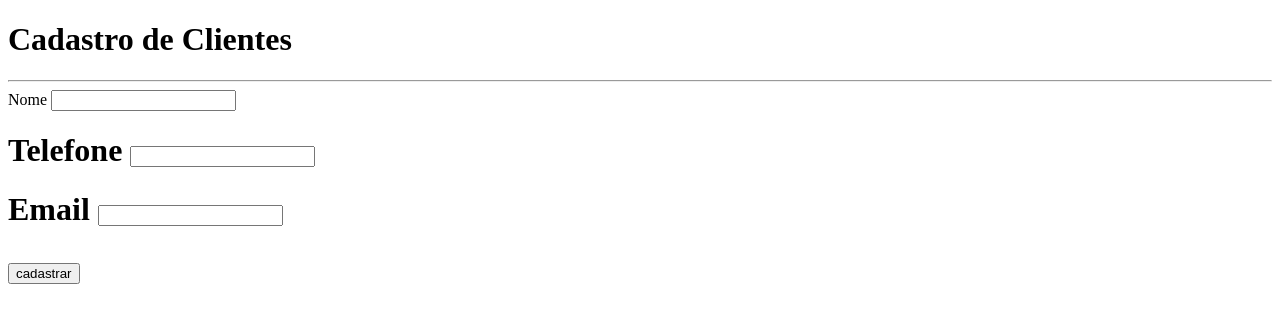
Repository: patriciatob10/AulaJavaPaty
Page: JavaWeb/empresa/perfumariaweb/src/main/webapp/frmCadClientes.html
The author's editor kept a copy of each file at every save. The page is drawn from the files as they stood at one save, then again after the next save.
The browser window is 1280 px wide. The pictures show the whole page.

Above is the page before, as saved 2023-05-19 00:18:42.

### JavaWeb/empresa/perfumariaweb/src/main/webapp/frmCadClientes.html
<!DOCTYPE html>
<html>
<head>
<meta charset="ISO-8859-1">
<title>Cadastro de Clientes</title>
</head>
<body>
<h1>Cadastro de Clientes</h1>
<hr>
<div class="container"></div>

<form class="row g-3">

<div class="col-md-6">
    <label for="inputPassword4" class="form-label">Nome</label>
    <input type="cliente" class="form-control">
  </div>

  <h1>

  <div class="col-12">
    <label for="inputAddress" class="form-label">Telefone</label>
    <input type="number" class="form-control">
  </div>

    <h1>

  <div class="col-md-6">
    <label for="inputEmail4" class="form-label">Email</label>
    <input type="email" class="form-control" id="inputEmail4">
  </div>

    <h1>

    <button type="submit" class="btn btn-primary">cadastrar</button>
  </div>

</form>
</body>
</html>

After the next save:
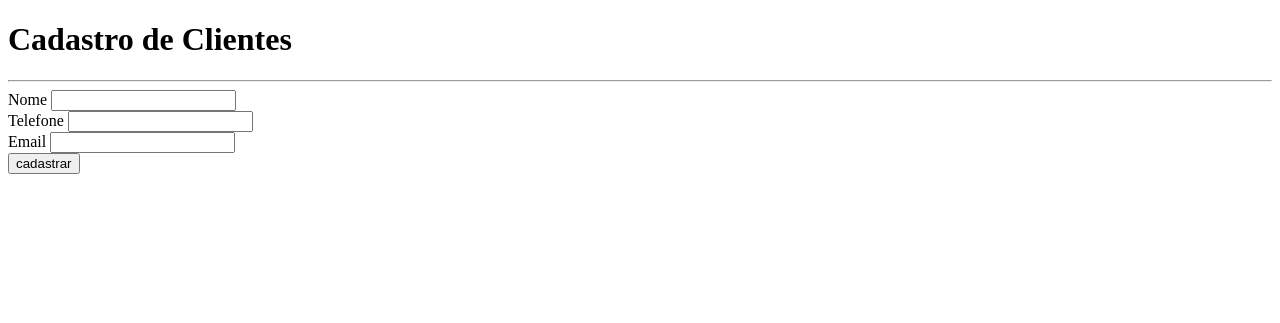
Saved 18 s later.
--- a/JavaWeb/empresa/perfumariaweb/src/main/webapp/frmCadClientes.html
+++ b/JavaWeb/empresa/perfumariaweb/src/main/webapp/frmCadClientes.html
@@ -16,21 +16,18 @@
     <input type="cliente" class="form-control">
   </div>
 
-  <h1>
 
   <div class="col-12">
     <label for="inputAddress" class="form-label">Telefone</label>
     <input type="number" class="form-control">
   </div>
 
-    <h1>
 
   <div class="col-md-6">
     <label for="inputEmail4" class="form-label">Email</label>
     <input type="email" class="form-control" id="inputEmail4">
   </div>
 
-    <h1>
 
     <button type="submit" class="btn btn-primary">cadastrar</button>
   </div>
